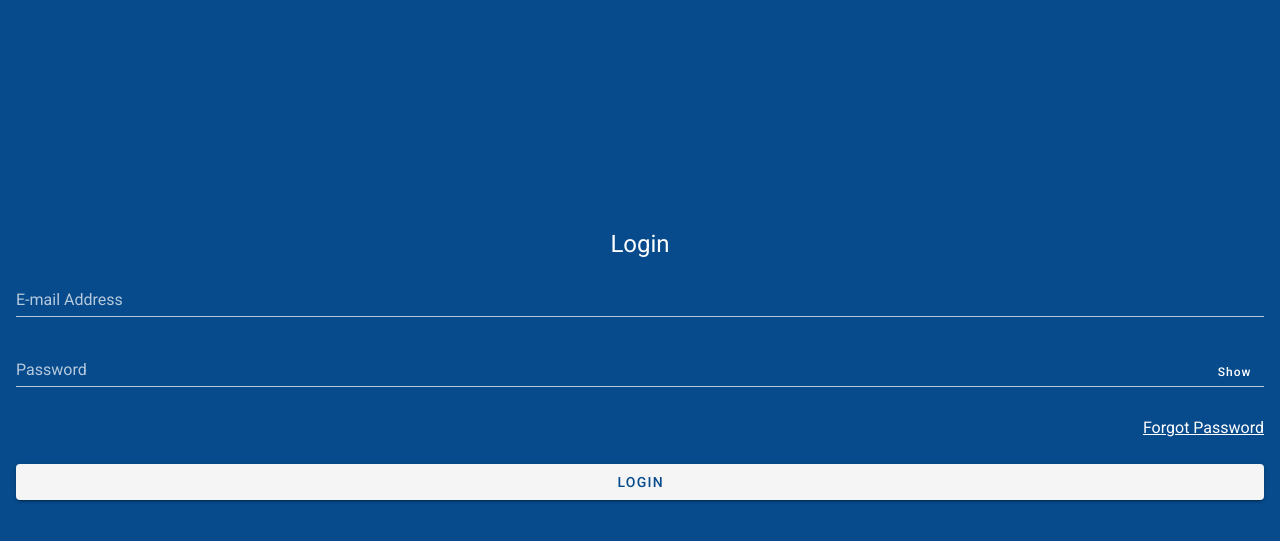
Repository: Grace229/Login
Page: /
An editor plug-in stored every save of this project. The page is shown before and after the next save, followed by the edit.
The browser window is 1280 px wide. The pictures show the whole page.
The project was rebuilt for these pictures with package versions that can differ from the ones it lists, and the page was loaded fresh each time. Also part of the build but not shown: vue.config.js. Imported but missing from the stored project, and not drawn on this page: src/views/About.vue.

Above is the page before, as saved 2021-02-12 10:21:30.

### src/App.vue
<template>
  <v-app>
    <v-main><router-view></router-view> </v-main>
  </v-app>
</template>

<script>
export default {
  name: "App",

  components: {},

  data: () => ({
    //
  }),
};
</script>

### src/plugins/vuetify.js
import Vue from "vue";
import Vuetify from "vuetify/lib/framework";

Vue.use(Vuetify);

export default new Vuetify({
  theme: {
    options: {
      customProperties: true
    },
    themes: {
      light: {
        primary: "#084b8c",
        secondary: "#424242",
        accent: "#82B1FF",
        error: "#FF5252",
        info: "#2196F3",
        success: "#4CAF50",
        warning: "#FFC107"
      }
    }
  }
});

### src/views/Home.vue
<template>
  <main
    style="min-height:100vh"
    class="primary fill-height white--text d-flex flex-column justify-center pa-4"
  >
    <div>
      <header>
        <div class="headline text-center py-2">
          Login
        </div>
      </header>

      <section>
        <div class="mx-auto">
          <v-text-field
            dark
            label="E-mail Address"
            v-model="FORM.email"
            :rules="[rules.required, rules.email]"
          />
        </div>
        <div>
          <v-text-field
            dark
            :rules="[rules.required]"
            label="Password"
            :type="showPassword ? 'text' : 'password'"
          >
            <v-btn
              text
              small
              slot="append"
              @click="showPassword = !showPassword"
              class="transparent text-capitalize"
              >{{ showPassword ? "hide" : "show" }}</v-btn
            >
          </v-text-field>

          <div class="text-right py-2">
            <router-link to="/forgot-password" class="white--text"
              >Forgot Password</router-link
            >
          </div>

          <div class="pt-4">
            <v-btn block class="primary--text" to="/landlord">Login</v-btn>
          </div>
        </div>
      </section>
    </div>
  </main>
</template>

<script>
export default {
  data() {
    return {
      FORM: {},
      showPassword: false,
      rules: {
        required: (value) => !!value || "Required.",
        counter: (value) => value.length <= 20 || "Max 20 characters",
        email: (value) => {
          const pattern = /^(([^<>()[\]\\.,;:\s@"]+(\.[^<>()[\]\\.,;:\s@"]+)*)|(".+"))@((\[[0-9]{1,3}\.[0-9]{1,3}\.[0-9]{1,3}\.[0-9]{1,3}])|(([a-zA-Z\-0-9]+\.)+[a-zA-Z]{2,}))$/;
          return pattern.test(value) || "Invalid e-mail.";
        },
      },
    };
  },
};
</script>

Loaded but not shown: public/index.html (common file); src/main.js (common file); src/router/index.js (common file); src/store/index.js (common file)

After the next save:
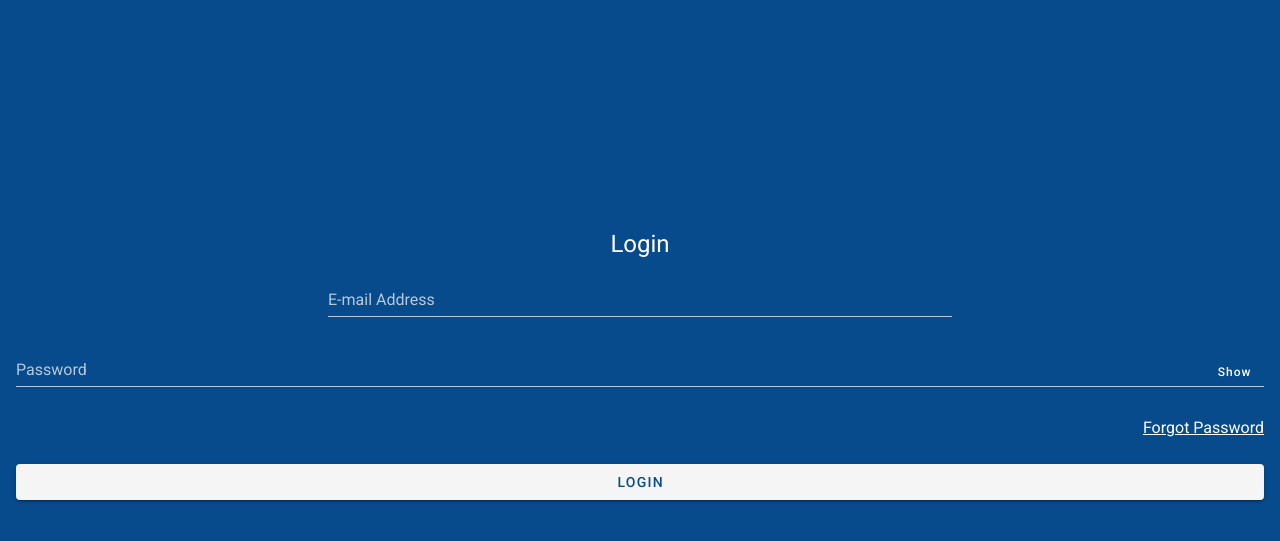
Saved 76 s later.
--- a/src/views/Home.vue
+++ b/src/views/Home.vue
@@ -11,7 +11,7 @@
       </header>
 
       <section>
-        <div class="mx-auto">
+        <div class="mx-auto" style="width: 50%">
           <v-text-field
             dark
             label="E-mail Address"
